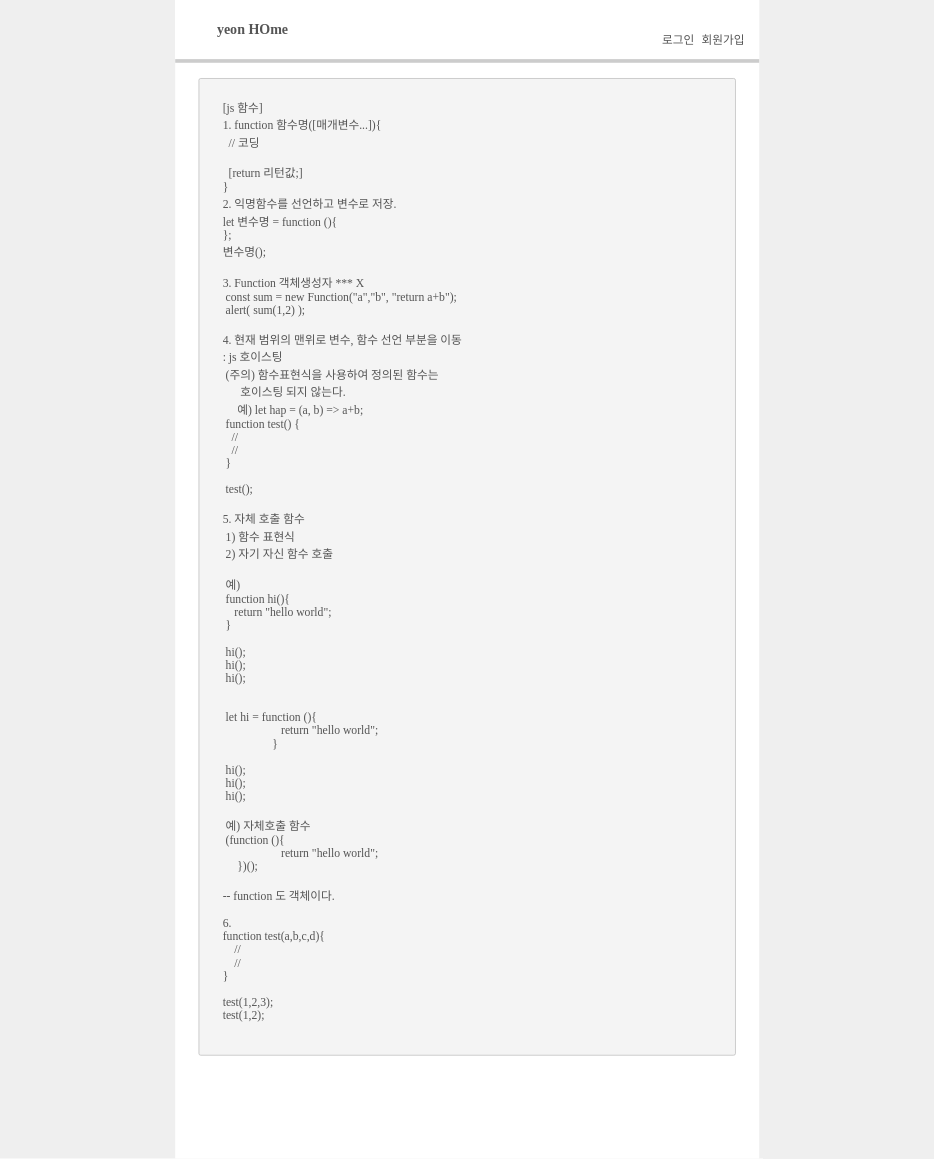
Repository: yeonhwa323/webPro
Page: webPro/src/main/webapp/javascript/days07/ex09.html
These files come from the project's save history. The page is drawn as it stood at one moment and after the next save; the edit follows.
The browser window is 1280 px wide. The pictures show the whole page, at 73% of full size.
Some web fonts or font styles are not loaded; a fallback is used.

Above is the page before, as saved 2024-04-15 03:18:17.

After the next save:
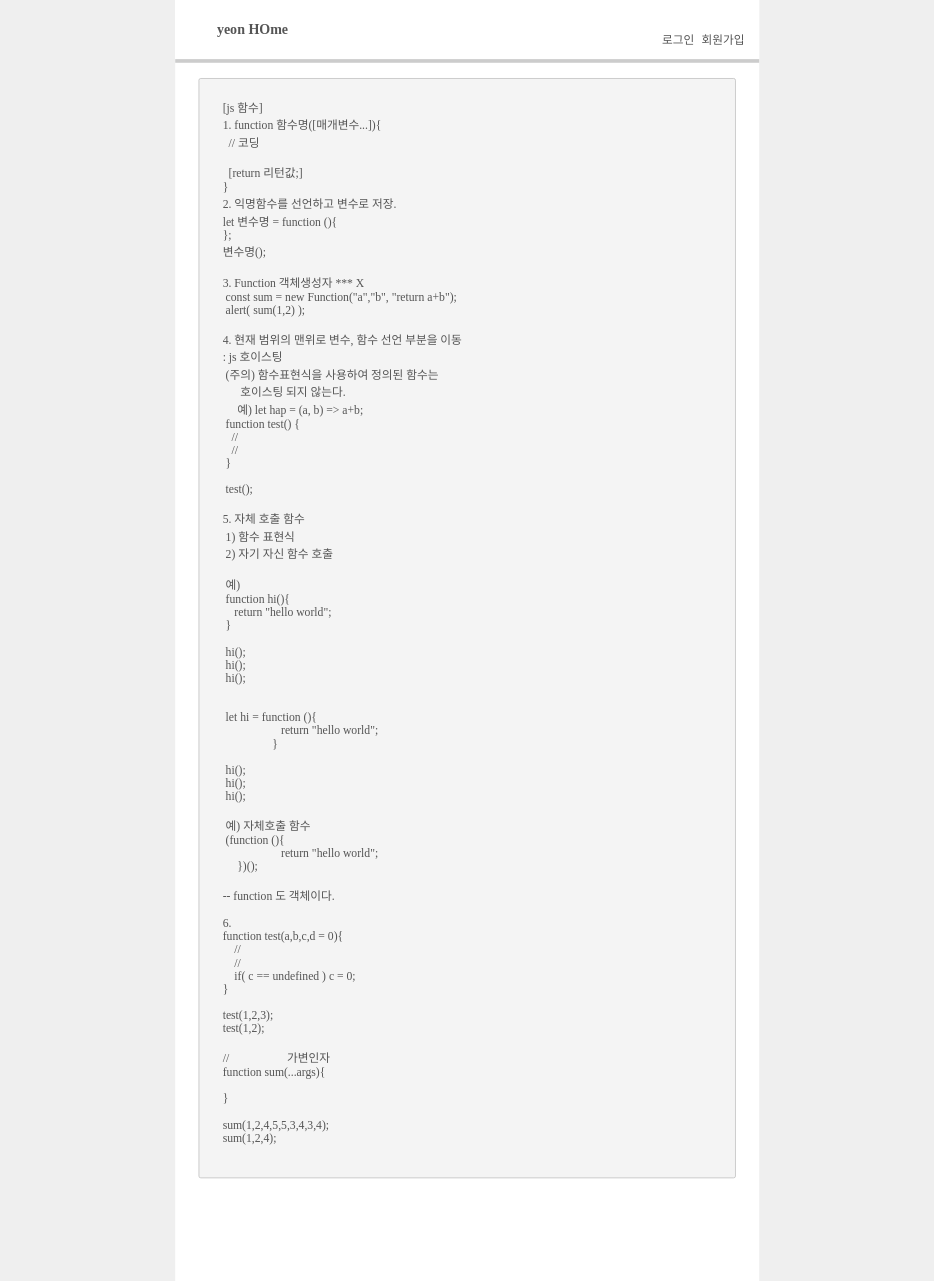
Saved 102 s later.
--- a/webPro/src/main/webapp/javascript/days07/ex09.html
+++ b/webPro/src/main/webapp/javascript/days07/ex09.html
@@ -81,14 +81,23 @@
     -- function 도 객체이다.
 
     6.
-    function test(a,b,c,d){
+    function test(a,b,c,d = 0){
     	//
     	//
+    	if( c == undefined ) c = 0;
     }
 
     test(1,2,3);
     test(1,2);
 
+    // 			  가변인자
+    function sum(...args){
+
+    }
+
+    sum(1,2,4,5,5,3,4,3,4);
+    sum(1,2,4);
+
   </xmp>
 </div>
 </body>
